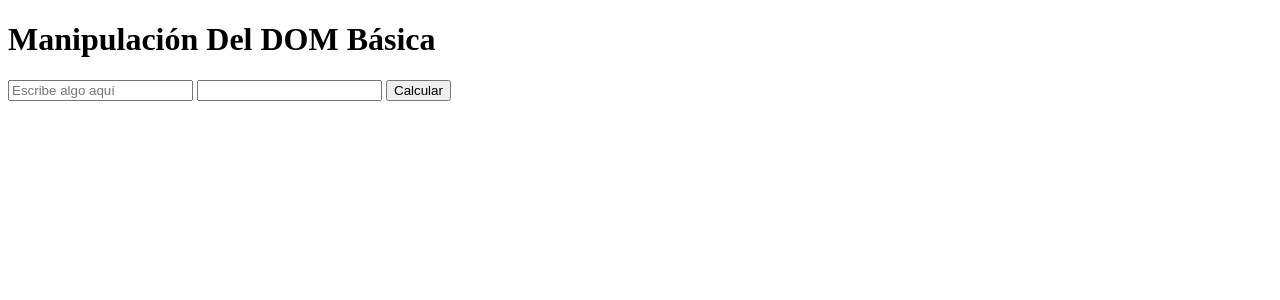
Repository: elto82/NuevoCursoPr-cticodeJavaScript
Page: addEventListener/index.html
These files come from the project's save history. The page is drawn as it stood at one moment and after the next save; the edit follows.
The browser window is 1280 px wide. The pictures show the whole page.

Above is the page before, as saved 2022-09-09 09:42:54.
Console error: TypeError: Failed to execute 'addEventListener' on 'EventTarget': parameter 2 is not of type 'Object'.

### addEventListener/index.html
<!DOCTYPE html>
<html lang="en">

<head>
  <meta charset="UTF-8">
  <meta http-equiv="X-UA-Compatible" content="IE=edge">
  <meta name="viewport" content="width=device-width, initial-scale=1.0">
  <title>Manipulación Del DOM Básica</title>
</head>

<body>
  <h1>Manipulación Del DOM Básica</h1>

  <input placeholder="Escribe algo aquí" type="text" name="" id="calculo1">
  <input type="text" id="calculo2" >
  <button id="btnCalcular">Calcular</button>

  <p id="result"></p>


  <script src="./main.js"></script>
</body>

</html>

### addEventListener/main.js


const input1 = document.querySelector('#calculo1')
const input2 = document.getElementById('calculo2')
const btn = document.querySelector('#btnCalcular')
const resultado = document.querySelector('#result')

btn.addEventListener('click', 'btnOnClick')

function btnOnClick () {
  const sumaInputs = input1.value + input2.value
  resultado.innerText = `Resultado: ${sumaInputs}`
}

After the next save:
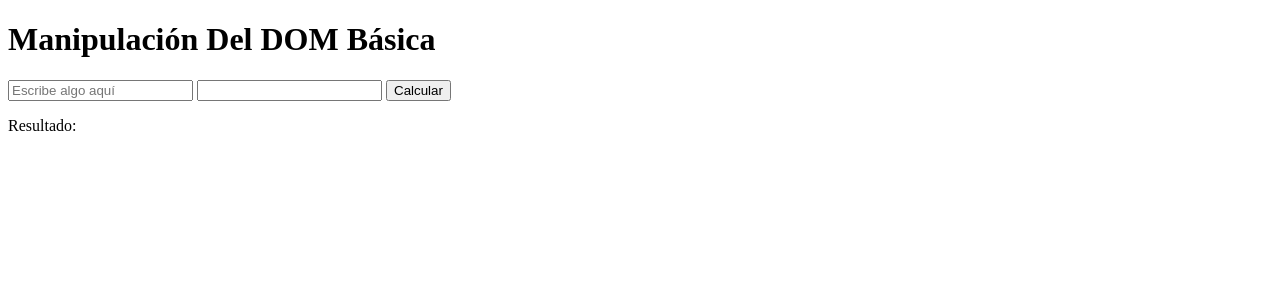
The error is gone.
Saved 35 s later.
--- a/addEventListener/main.js
+++ b/addEventListener/main.js
@@ -5,7 +5,7 @@ const input2 = document.getElementById('calculo2')
 const btn = document.querySelector('#btnCalcular')
 const resultado = document.querySelector('#result')
 
-btn.addEventListener('click', 'btnOnClick')
+btn.addEventListener('click', btnOnClick())
 
 function btnOnClick () {
   const sumaInputs = input1.value + input2.value
